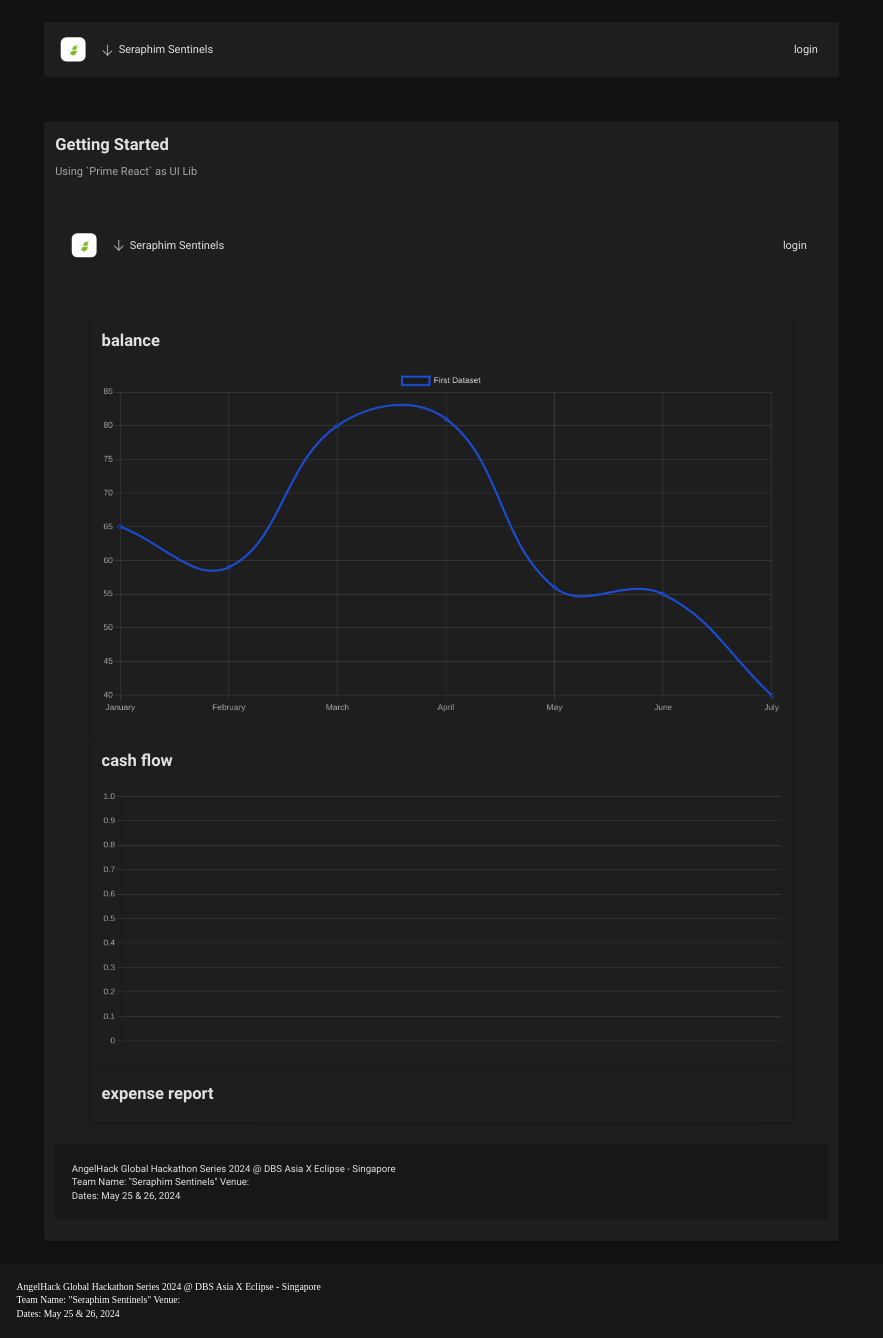
Repository: cheonglol/Seraphim-Sentinels
Page: /
These files come from the project's save history. The page is drawn as it stood at one moment and after the next save; the edit follows.
The browser window is 1280 px wide. The pictures show the whole page, at 69% of full size.
Some web fonts or font styles are not loaded; a fallback is used. The project was rebuilt for these pictures with package versions that can differ from the ones it lists, and the page was loaded fresh each time. Also part of the build but not shown: webpack.config.js, src/Views/Common/ErrorView.tsx.

Above is the page before, as saved 2024-05-25 14:49:17.

After the next save:
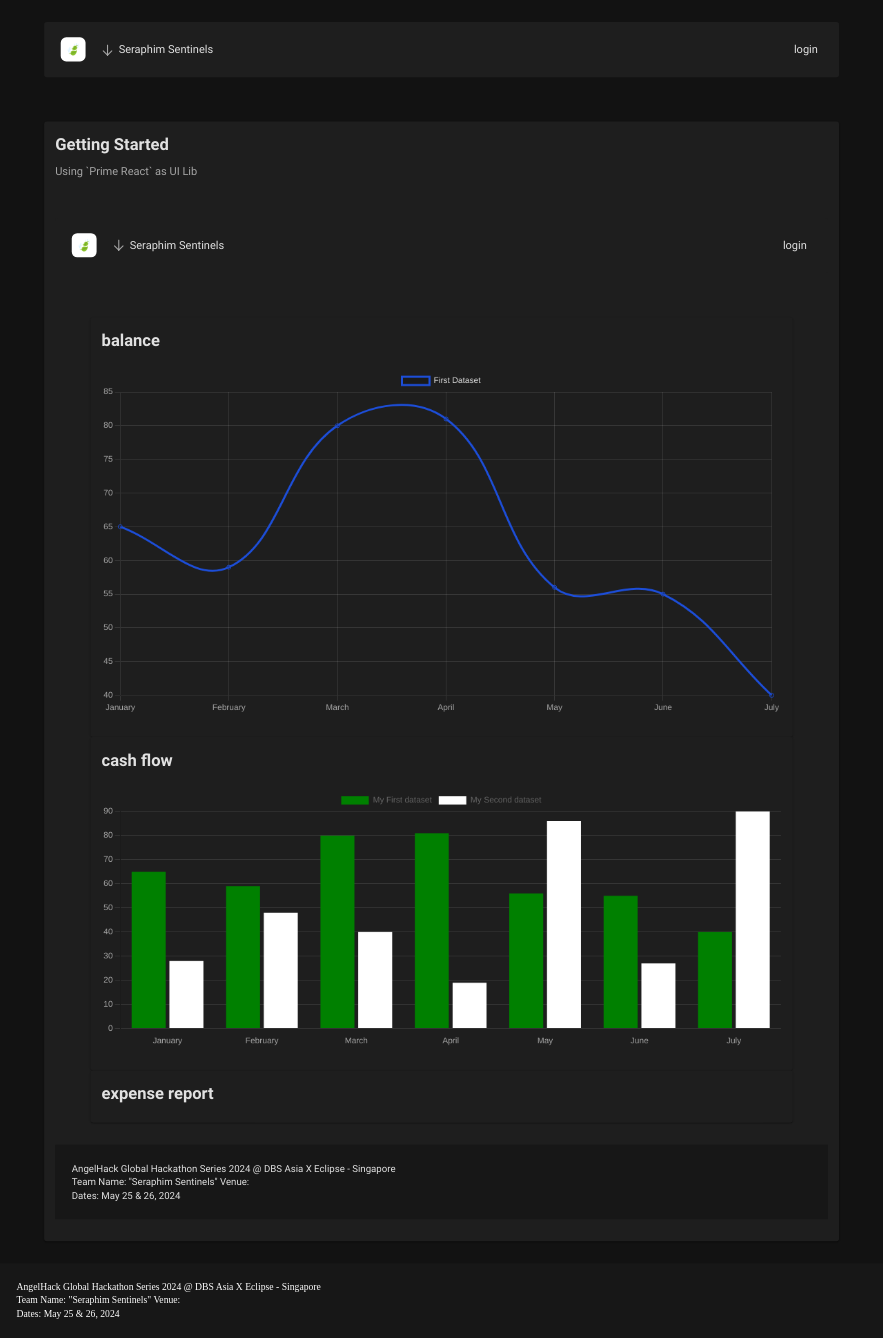
Saved 13 s later.
--- a/src/Views/RetirementPlanDashboard.tsx
+++ b/src/Views/RetirementPlanDashboard.tsx
@@ -43,7 +43,7 @@ export const RetirementPlanDashboard = () => (
         </Card>
 
         <Card title="cash flow">
-          <DoubleBarChart />
+          <DoubleBarChart doubleBarChartData={doubleBarChartData} />
         </Card>
         <Card title="expense report"></Card>
       </>
